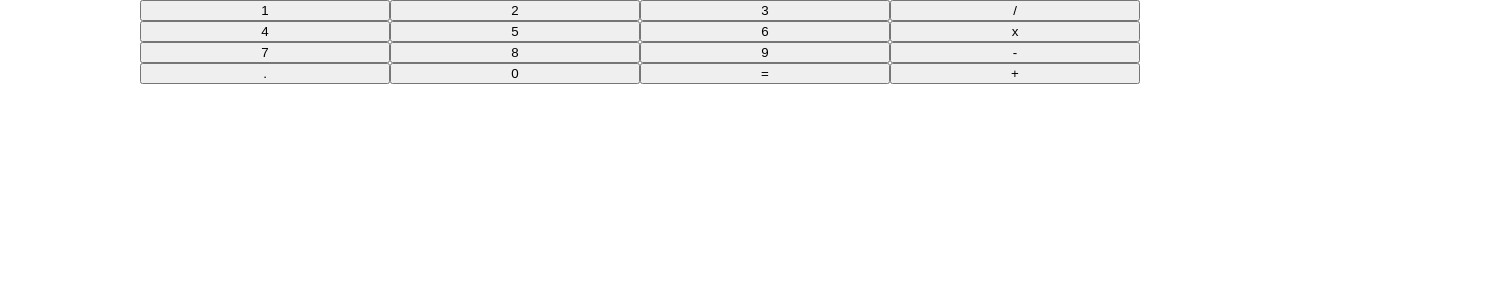
Repository: hoangphuong965/calculator_react
Page: /
The author's editor kept a copy of each file at every save. The page is drawn from the files as they stood at one save, then again after the next save.
The browser window is 1280 px wide. The page is 1280 px wide, then 1500 px, then 1280 px, so the pictures cover 1500 px, including what lies to the right of the window. The pictures show the whole page.
The project was rebuilt for these pictures with package versions that can differ from the ones it lists, and the page was loaded fresh each time.

Above is the page before, as saved 2020-08-04 08:07:45.

After the next save:
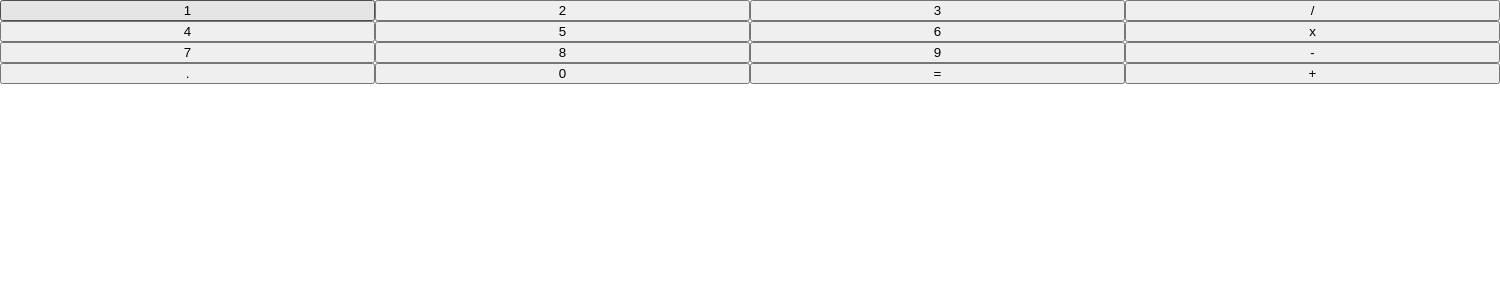
Saved 8 s later.
--- a/src/App.css
+++ b/src/App.css
@@ -1,6 +1,6 @@
 .App {
   text-align: center;
-  width: 1000px;
+  width: 1500px;
   margin: auto;
 }
 

After the save that followed:
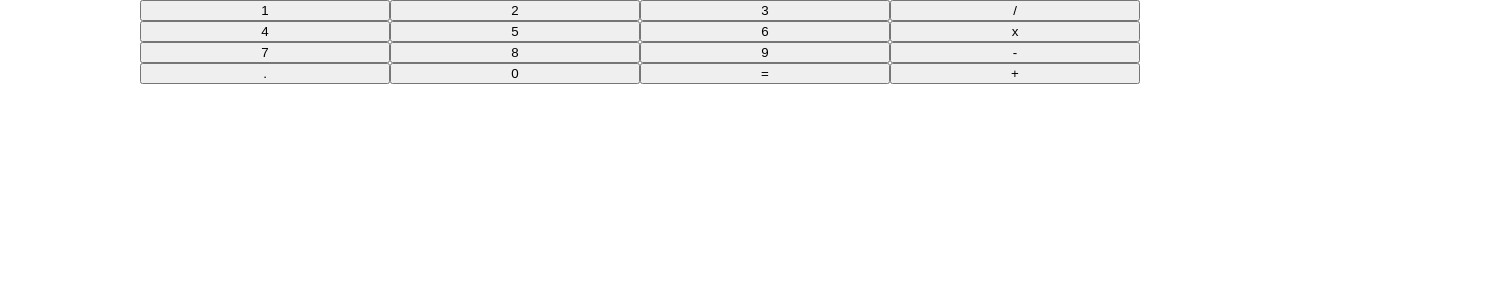
Saved 6 s later.
--- a/src/App.css
+++ b/src/App.css
@@ -1,6 +1,6 @@
 .App {
   text-align: center;
-  width: 1500px;
+  width: 1000px;
   margin: auto;
 }
 
